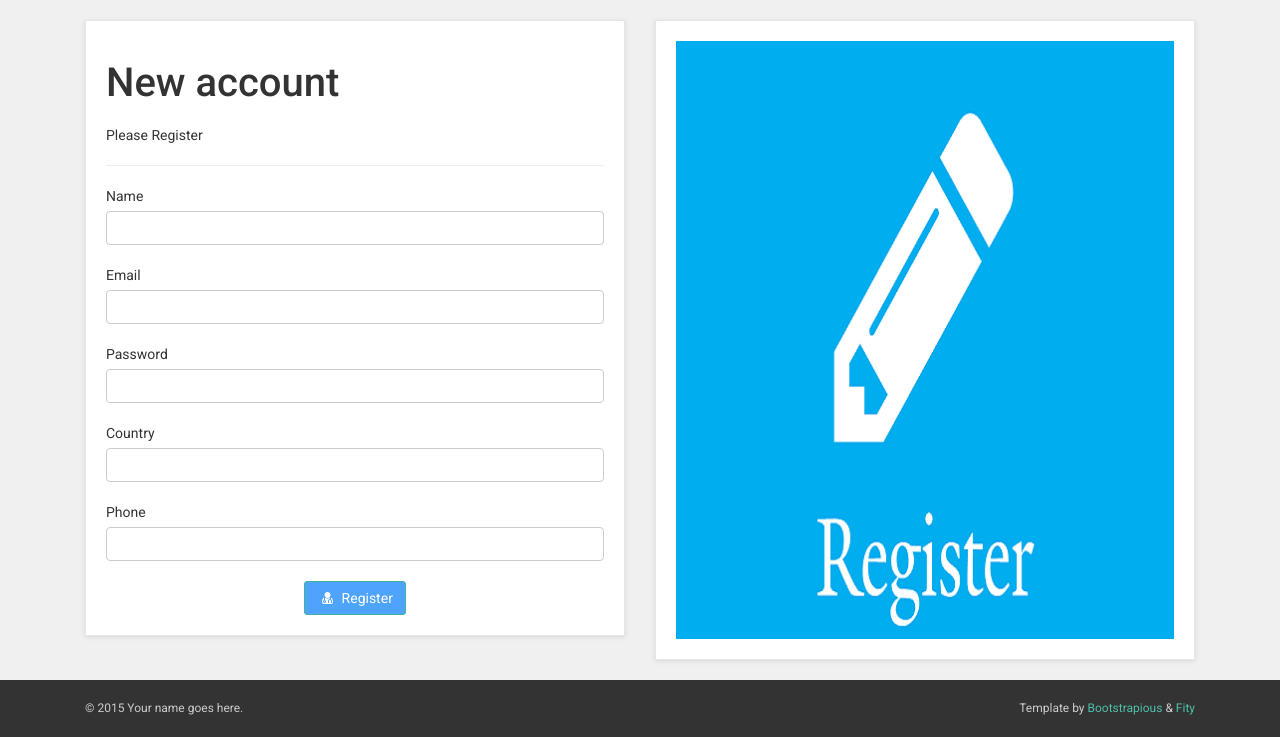
Repository: Sagnikb9/JavaDevops-Ecommerce
Page: http://localhost/MedioxyPharm/register
The author's editor kept a copy of each file at every save. The page is drawn from the files as they stood at one save, then again after the next save.
The browser window is 1280 px wide. The pictures show the whole page.
The page is served by Tomcat 9. Other server files are loaded and not shown.

Above is the page before, as saved 2017-10-01 23:40:25.

### MedioxyPharm/src/main/webapp/WEB-INF/dispatcher-servlet.xml
<beans xmlns="http://www.springframework.org/schema/beans"
        xmlns:mvc="http://www.springframework.org/schema/mvc"
        xmlns:xsi="http://www.w3.org/2001/XMLSchema-instance"
        xmlns:context="http://www.springframework.org/schema/context"
        xsi:schemaLocation="
                http://www.springframework.org/schema/beans
                http://www.springframework.org/schema/beans/spring-beans.xsd
                http://www.springframework.org/schema/mvc
                http://www.springframework.org/schema/mvc/spring-mvc.xsd
                http://www.springframework.org/schema/context
                http://www.springframework.org/schema/context/spring-context.xsd">


        <mvc:annotation-driven enable-matrix-variables="true"/>
        <context:component-scan base-package="controller"/>

   <bean id="jspViewResolver" class="org.springframework.web.servlet.view.InternalResourceViewResolver">

        <property name="prefix" value="/WEB-INF/views/"/>
        <property name="suffix" value=".jsp"/>

   </bean>
   <mvc:default-servlet-handler />

</beans>

### MedioxyPharm/src/main/webapp/WEB-INF/views/register.jsp
<!DOCTYPE html>
<html lang="en">

<head>

    <meta charset="utf-8">
    <meta name="robots" content="all,follow">
    <meta name="googlebot" content="index,follow,snippet,archive">
    <meta name="viewport" content="width=device-width, initial-scale=1">
    <meta name="description" content="Obaju e-commerce template">
    <meta name="author" content="Ondrej Svestka | ondrejsvestka.cz">
    <meta name="keywords" content="">

    <title>
        MedioxyPharm
    </title>

    <meta name="keywords" content="">

    <link href='http://fonts.googleapis.com/css?family=Roboto:400,500,700,300,100' rel='stylesheet' type='text/css'>

    <!-- styles -->
    <link href="css/font-awesome.css" rel="stylesheet">
    <link href="css/bootstrap.min.css" rel="stylesheet">
    <link href="css/animate.min.css" rel="stylesheet">
    <link href="css/owl.carousel.css" rel="stylesheet">
    <link href="css/owl.theme.css" rel="stylesheet">

    <!-- theme stylesheet -->
    <link href="css/style.default.css" rel="stylesheet" id="theme-stylesheet">

    <!-- your stylesheet with modifications -->
    <link href="css/custom.css" rel="stylesheet">

    <script src="js/respond.min.js"></script>

    <link rel="shortcut icon" href="favicon.png">



</head>

<body>

<br>







    <!-- *** NAVBAR END *** -->

    <div id="all">

        <div id="content">
            <div class="container">


                <div class="col-md-6">
                    <div class="box">
                        <h1>New account</h1>


                        <p>Please Register</p>

                        <hr>

                        <form action="customer-orders.html" method="post">
                            <div class="form-group">
                                <label for="name">Name</label>
                                <input type="text" class="form-control" id="name">
                            </div>
                            <div class="form-group">
                                <label for="email">Email</label>
                                <input type="text" class="form-control" id="email">
                            </div>
                            <div class="form-group">
                                <label for="password">Password</label>
                                <input type="password" class="form-control" id="password">
                            </div>
                            <div class="form-group">
                                <label for="name">Country</label>
                                <input type="text" class="form-control" id="name">
                            </div>
                            <div class="form-group">
                                <label for="name">Phone</label>
                                <input type="text" class="form-control" id="name">
                            </div>
                            <div class="text-center">
                                <button type="submit" class="btn btn-primary"><i class="fa fa-user-md"></i> Register</button>
                            </div>
                        </form>
                    </div>
                </div>


<div class="col-md-6">
                    <div class="box">
                        <img src="img/reg1.png" alt="" class="img-responsive">
                    </div>
                </div>

            </div>
            <!-- /.container -->
        </div>
        <!-- /#content -->



<br>



        <!-- *** COPYRIGHT ***
 _________________________________________________________ -->
        <div id="copyright">
            <div class="container">
                <div class="col-md-6">
                    <p class="pull-left">© 2015 Your name goes here.</p>

                </div>
                <div class="col-md-6">
                    <p class="pull-right">Template by <a href="https://bootstrapious.com/e-commerce-templates">Bootstrapious</a> & <a href="https://fity.cz">Fity</a>
                         <!-- Not removing these links is part of the license conditions of the template. Thanks for understanding :) If you want to use the template without the attribution links, you can do so after supporting further themes development at https://bootstrapious.com/donate  -->
                    </p>
                </div>
            </div>
        </div>
        <!-- *** COPYRIGHT END *** -->



    </div>
    <!-- /#all -->




    <!-- *** SCRIPTS TO INCLUDE ***
 _________________________________________________________ -->
    <script src="js/jquery-1.11.0.min.js"></script>
    <script src="js/bootstrap.min.js"></script>
    <script src="js/jquery.cookie.js"></script>
    <script src="js/waypoints.min.js"></script>
    <script src="js/modernizr.js"></script>
    <script src="js/bootstrap-hover-dropdown.js"></script>
    <script src="js/owl.carousel.min.js"></script>
    <script src="js/front.js"></script>



</body>

</html>

Loaded but not shown: MedioxyPharm/src/main/webapp/css/font-awesome.css (library); MedioxyPharm/src/main/webapp/css/bootstrap.min.css (library); MedioxyPharm/src/main/webapp/css/animate.min.css (library); MedioxyPharm/src/main/webapp/css/owl.carousel.css (common file); MedioxyPharm/src/main/webapp/css/owl.theme.css (common file); MedioxyPharm/src/main/webapp/css/custom.css (common file); MedioxyPharm/src/main/webapp/js/respond.min.js (library); MedioxyPharm/src/main/webapp/js/jquery-1.11.0.min.js (library); MedioxyPharm/src/main/webapp/js/bootstrap.min.js (library); MedioxyPharm/src/main/webapp/js/jquery.cookie.js (library); MedioxyPharm/src/main/webapp/js/waypoints.min.js (library); MedioxyPharm/src/main/webapp/js/modernizr.js (library); MedioxyPharm/src/main/webapp/js/bootstrap-hover-dropdown.js (library); MedioxyPharm/src/main/webapp/js/owl.carousel.min.js (library); MedioxyPharm/src/main/webapp/js/front.js (237 lines, source omitted); MedioxyPharm/src/main/webapp/css/style.default.css (1677 lines, source omitted)

After the next save:
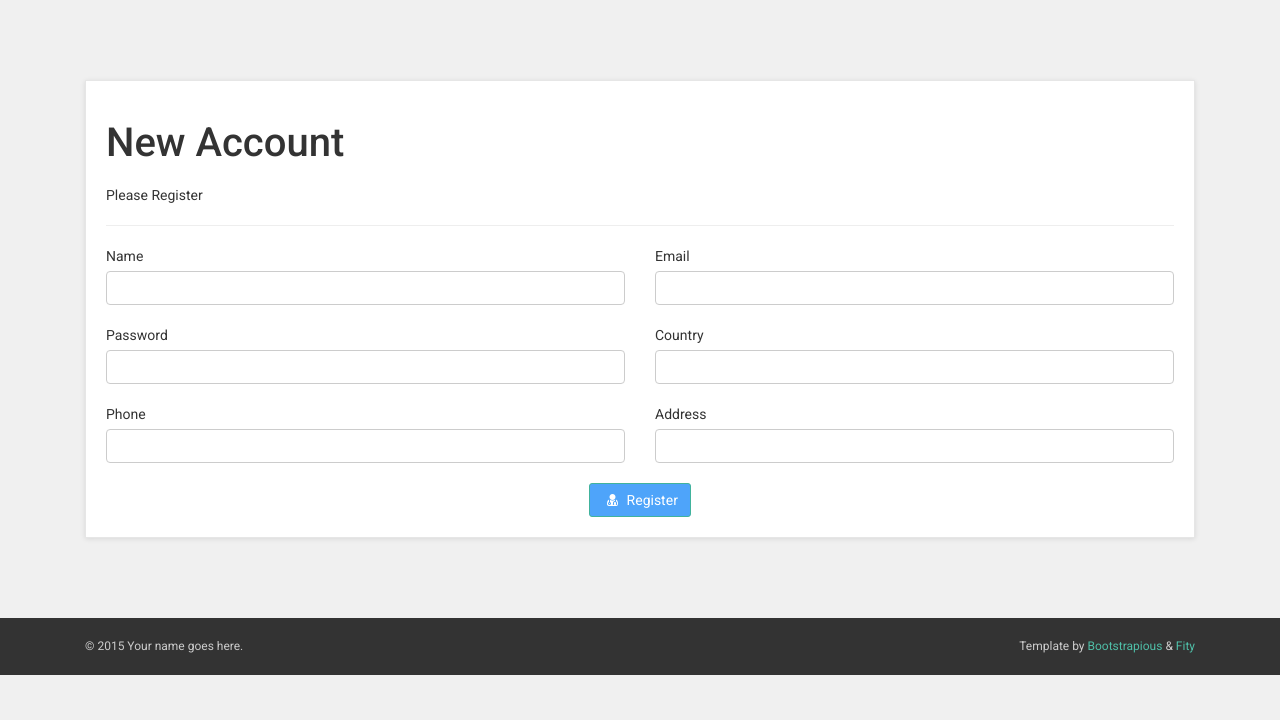
Saved 30 s later.
--- a/MedioxyPharm/src/main/webapp/WEB-INF/views/register.jsp
+++ b/MedioxyPharm/src/main/webapp/WEB-INF/views/register.jsp
@@ -57,50 +57,73 @@
         <div id="content">
             <div class="container">
 
-
-                <div class="col-md-6">
+<br><br><br>
+                <div class="col-md-12">
                     <div class="box">
-                        <h1>New account</h1>
+                        <h1>New Account</h1>
 
 
                         <p>Please Register</p>
 
                         <hr>
 
-                        <form action="customer-orders.html" method="post">
-                            <div class="form-group">
-                                <label for="name">Name</label>
-                                <input type="text" class="form-control" id="name">
+                        <form>
+                            <div class="row">
+                                <div class="col-sm-6">
+                                    <div class="form-group">
+                                        <label for="firstname">Name</label>
+                                        <input type="text" class="form-control" id="firstname">
+                                    </div>
+                                </div>
+
+                                <div class="col-sm-6">
+                                    <div class="form-group">
+                                        <label for="email">Email</label>
+                                        <input type="text" class="form-control" id="email">
+                                    </div>
+                                </div>
+
+                                <div class="col-sm-6">
+                                    <div class="form-group">
+                                        <label for="password">Password</label>
+                                        <input type="password" class="form-control" id="password">
+                                    </div>
+                                </div>
+
+                                <div class="col-sm-6">
+                                    <div class="form-group">
+                                        <label for="subject">Country</label>
+                                        <input type="text" class="form-control" id="subject">
+                                    </div>
+                                </div>
+
+                                <div class="col-sm-6">
+                                    <div class="form-group">
+                                        <label for="subject">Phone</label>
+                                        <input type="number" class="form-control" id="subject">
+                                    </div>
+                                </div>
+
+                                <div class="col-sm-6">
+                                    <div class="form-group">
+                                        <label for="subject">Address</label>
+                                        <input type="text" class="form-control" id="subject">
+                                    </div>
+                                </div>
+
+                                <div class="col-sm-12 text-center">
+                                    <button type="submit" class="btn btn-primary"><i class="fa fa-user-md"></i> Register</button>
+
+                                </div>
                             </div>
-                            <div class="form-group">
-                                <label for="email">Email</label>
-                                <input type="text" class="form-control" id="email">
-                            </div>
-                            <div class="form-group">
-                                <label for="password">Password</label>
-                                <input type="password" class="form-control" id="password">
-                            </div>
-                            <div class="form-group">
-                                <label for="name">Country</label>
-                                <input type="text" class="form-control" id="name">
-                            </div>
-                            <div class="form-group">
-                                <label for="name">Phone</label>
-                                <input type="text" class="form-control" id="name">
-                            </div>
-                            <div class="text-center">
-                                <button type="submit" class="btn btn-primary"><i class="fa fa-user-md"></i> Register</button>
-                            </div>
+                            <!-- /.row -->
                         </form>
+
                     </div>
                 </div>
 
 
-<div class="col-md-6">
-                    <div class="box">
-                        <img src="img/reg1.png" alt="" class="img-responsive">
-                    </div>
-                </div>
+
 
             </div>
             <!-- /.container -->
@@ -109,7 +132,7 @@
 
 
 
-<br>
+<br><br><br><br>
 
 
 
